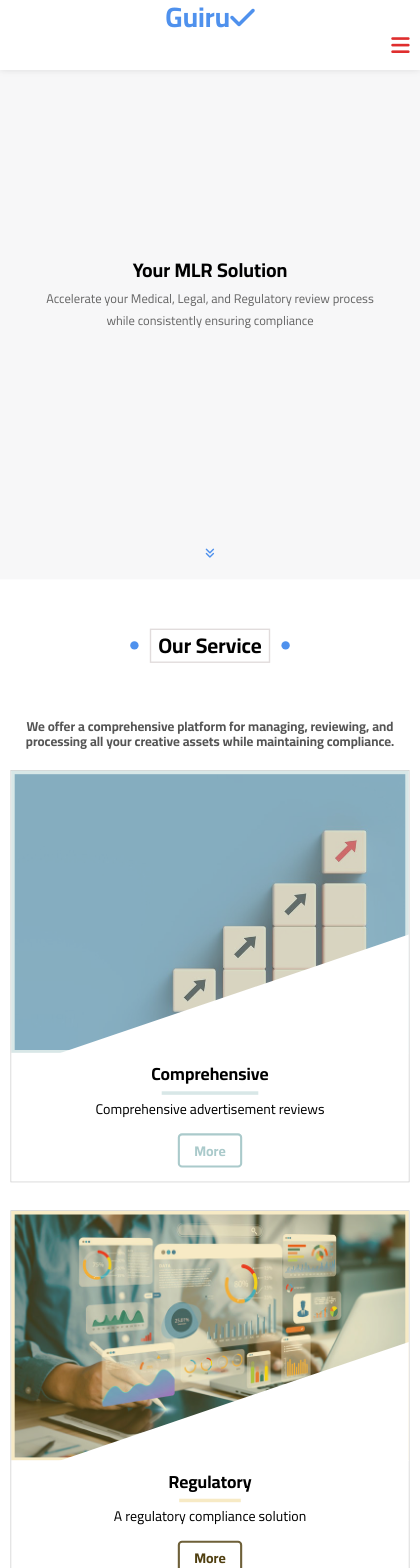
Repository: AsmaaAlothman/Templet-1-website
Page: home.html
An editor plug-in stored every save of this project. The page is shown before and after the next save, followed by the edit.
The browser window is 600 px wide. The pictures show the part of the page from y = 0 to 2240 px (the page is 5240 px tall), at 70% of full size.

Above is the page before, as saved 2024-08-31 13:47:07.

### home.html
<!DOCTYPE html>
<html lang="en">

<head>
    <meta charset="UTF-8" />
    <meta name="viewport" content="width=device-width, initial-scale=1.0" />
    <title>Guiru test</title>
    <!-- Render all elements normally-->
    <link rel="stylesheet" href="css/normalize.css" />
    <!-- Font Awesome library-->
    <link rel="stylesheet" href="css/all.min.css" />
    <link rel="preconnect" href="https://fonts.googleapis.com" />
    <!--Google Fonts Cairo-->
    <link href="https://fonts.googleapis.com/css2?family=Cairo:wght@200..1000&family=Work+Sans:ital,wght@0,100..900;1,100..900&display=swap" rel="stylesheet" />
    <!--Main template css file -->
    <link rel="stylesheet" href="css/home.css" />
</head>

<body>
    <!-- Start header -->
    <div class="header" id="header">
        <div class="container">

            <a href="#" class="logo"> Guiru <i class="fa-solid fa-check"></i></a>

            <ul class="main_nav">
                <li>
                    <a href="#partner_with_us" class="partner_with_us">partner with us</a>
                </li>
                <li><a href="#about-us">About Us</a></li>
                <li><a href="#contact-us">Contact Us</a></li>
                <li><a href="#login">Login</a></li>
                <li><a href="#home">Home</a></li>
            </ul>
            <label for="check" class="check-btn">
              <i class="fa-solid fa-bars"></i>
            </label>
        </div>
    </div>
    <!-- End header -->
    <!-- Start Landing -->
    <div class="landing">
        <div class="container">
            <div class="text">
                <h1>Your MLR Solution</h1>
                <p>
                    Accelerate your Medical, Legal, and Regulatory review process while consistently ensuring compliance
                </p>
            </div>
            <div class="image">
                <img src="images/landing_image2.jpg" alt="landing_image2" />
            </div>
        </div>
        <a href="#about-us" class="go_down">
            <i class="fa-solid fa-angles-down"></i>
        </a>
    </div>
    <!-- End Landing -->
    <!-- Start Service -->
    <div class="service" id="service">
        <h2 class="main-title">Our Service</h2>

        <h3>
            We offer a comprehensive platform for managing, reviewing, and processing all your creative assets while maintaining compliance.
        </h3>

        <div class="container">
            <div class="box comprehensive">
                <div class="img-holder">
                    <img src="images/service-image1.jpg" alt="" />
                </div>
                <h2>Comprehensive</h2>
                <p>Comprehensive advertisement reviews</p>
                <a href="#">More</a>
            </div>
            <div class="box regulatory">
                <div class="img-holder">
                    <img src="images/service-image2.jpg" alt="" />
                </div>
                <h2>Regulatory</h2>
                <p>A regulatory compliance solution</p>
                <a href="#">More</a>
            </div>
            <div class="box guidance">
                <div class="img-holder">
                    <img src="images/service-image3.jpg" alt="" />
                </div>
                <h2>Guidance</h2>
                <p>Guidance to improve advertisement effectiveness</p>
                <a href="#">More</a>
            </div>
        </div>
    </div>
    <!-- End service -->
    <!-- Start About US Section -->
    <div class="about-us" id="about-us">
        <div class="container">
            <h2 class="main-title">About Us</h2>
            <h3>
                At Guiru, we are dedicated to offering the best solutions for your MLR needs. Our team will ensure you campaigns meet all necessary regulations needs and achieve maximum impact.
            </h3>
            <div class="box">
                <div class="details">
                    <img src="images/about-us.png" alt="about-us" />
                </div>
            </div>
        </div>
    </div>
    <!-- End About US Section -->

    <!-- Start Our Value Section -->
    <div class="our-value" id="our-value">
        <h2 class="main-title">Our Value</h2>
        <div class="container">
            <img src="images/our-values.jpg" alt="" class="image" style="width: 600px; height: 400px" />
            <div class="info">
                <div class="box">
                    <img src="images/our-values2.png" alt="" />
                    <div class="text">
                        <h3>Integrity</h3>
                        <p>
                            We uphold the highest standards of integrity in all our actions.
                        </p>
                    </div>
                </div>
                <div class="box">
                    <img src="images/our-values3.png" alt="" />
                    <div class="text">
                        <h3>Excellence</h3>
                        <p>We strive for excellence in everything we do.</p>
                    </div>
                </div>
                <div class="box">
                    <img src="images/our-values4.png" alt="" />
                    <div class="text">
                        <h3>Innovation</h3>
                        <p>
                            We encourage innovation to meet challenges and improve our services.
                        </p>
                    </div>
                </div>
            </div>
        </div>
    </div>
    <!-- End Our value Section -->

    <!-- Start Footer -->
    <div class="footer" id="footer">
        <div class="container">
            <img src="images/logo-Guiru.png" alt="logo-footer" />
            <div class="footer-links">
                <a href="#about-us"><i class="fa-regular fa-address-card"> About Us </i></a
          >
          <a href="#contact-us"
            ><i class="fa-solid fa-headset"> Contact Us </i>
          </a>
                <a href="#privacy-policy"><i class="fa-solid fa-arrow-right-to-bracket"> Privacy Policy </i>
          </a>
            </div>
            <p class="copyright">
                &copy; 2024 <span>Guiru</span> All rights reserved.
            </p>
        </div>
    </div>
    <!-- End Footer -->
</body>

</html>

### css/home.css
/* Start global rules : */

* {
    -webkit-box-sizing: border-box;
    -moz-box-sizing: border-box;
    box-sizing: border-box;
    padding: 0px;
    margin: 0px;
}

html {
    scroll-behavior: smooth;
}

:root {
    --main-color: #4f91ed;
    --main-color-alt: #125bc2bd;
    --hover-main-color: #c5c9cf23;
    --icon-color-hover: #accef577;
    --main-transition: 0.3s;
    --main-padding-top: 70px;
    --main-padding-bottom: 70px;
    --second-section-background-color: #d2d7d831;
    --main-section-background-color: white;
    --footer-background-color: rgba(46, 69, 92, 0.486);
    --paragraph-text-color: #555;
    --main-box-shadow: 0 12px 20px 0 rgba(0, 0, 0, 0.048), 0 2px 4px 0 rgb(0 0 0/12%);
}

body {
    font-family: "Cairo", sans-serif;
    /* font-family: "Work Sans", sans-serif;*/
}

a {
    text-decoration: none;
}

ul {
    list-style: none;
}


/* End global rules  */

.parent {
    background-color: #eee;
}

.container {
    padding-left: 15px;
    padding-right: 15px;
    margin-left: auto;
    margin-right: auto;
    /* background-color: #ececec; */
}

img {
    /* padding-left: 15px;
    padding-right: 15px; */
    margin-left: auto;
    margin-right: auto;
    display: block;
    /* background-color: var(--main-color); */
}


/* Start media query  */

@media (min-width: 768px) {
    .container {
        width: 970px;
    }
}

@media (min-width: 992px) {
    .container {
        width: 970px;
    }
}

@media (min-width: 1200px) {
    .container {
        width: 1170px;
    }
}


/* End media query  */


/* Start Style Main title */

.main-title {
    margin: 0 auto 80px;
    border: 2px solid #e1dcdc;
    padding: 5px 10px;
    font-size: 30px;
    width: fit-content;
    position: relative;
    z-index: 1;
    transition: var(--main-transition);
}

.main-title::after,
.main-title::before {
    content: "";
    width: 12px;
    height: 12px;
    background-color: var(--main-color);
    position: absolute;
    border-radius: 50%;
    top: 50%;
    transform: translateY(-50%);
}

.main-title::after {
    right: -30px;
}

.main-title::before {
    left: -30px;
}

.main-title:hover::before {
    z-index: -1;
    animation: left-move 0.3s linear forwards;
}

.main-title:hover::after {
    z-index: -1;
    animation: right-move 0.3s linear forwards;
}

.main-title:hover {
    color: white;
    border: 2px solid white;
    transition-delay: 0.2s;
}


/* End Style Main title */


/* Start header */

.header {
    background-color: white;
    position: relative;
    -webkit-box-shadow: 0 0 10px#ddd;
    -moz-box-shadow: 0 0 10px#ddd;
    box-shadow: 0 0 10px#ddd;
}

.header .container {
    display: flex;
    background-color: white;
    justify-content: space-between;
    align-items: center;
    flex-wrap: wrap;
    position: relative;
}

.header .logo {
    color: var(--main-color);
    font-size: 40px;
    font-weight: bold;
    /*  height: 72px; للحفاظ على ارتفاع الهيدر حتى لو اختلف حجم المين  */
    height: 72px;
    display: flex;
    justify-content: center;
    align-items: center;
}


/* start responsive media for logo selector : */

@media (max-width: 767px) {
    .header .logo {
        width: 100%;
        height: 50px;
    }
}


/*end responsive media for logo selector : */

.header .main_nav {
    display: flex;
}


/* start responsive media for main_nav selector : */

.header .main_nav>li>a {
    height: 80px;
    letter-spacing: 2px;
    font-size: 20px;
    display: flex;
    justify-content: center;
    align-items: center;
    position: relative;
    color: black;
    padding: 0px 25px;
    transition: var(--main-transition);
    overflow: hidden;
}


/* start responsive media for li > a selector : */

@media (max-width: 767px) {
    .header .main_nav>li>a {
        padding: 10px;
        height: 40px;
        font-size: 14px;
    }
}

@media (max-width: 767px) {
    .header .main_nav {
        flex-direction: column;
        gap: 0;
        padding: 5px;
        margin: auto;
    }
}

.check-btn {
    font-size: 30px;
    color: rgb(223, 46, 46);
    cursor: pointer;
    display: none;
}

@media (max-width: 767px) {
    .check-btn {
        display: flex;
        margin-bottom: 20px;
    }
    .header .main_nav {
        display: none;
    }
    .header .container {
        justify-content: end;
    }
    .header .container .logo {
        display: flex;
    }
}


/* End header */


/* Start Landing */

.landing {
    position: relative;
    background-color: var(--second-section-background-color);
}

.landing .container {
    min-height: calc(100vh - 72px);
    display: flex;
    align-items: center;
    padding-bottom: 75px;
}

.landing .text {
    flex: 1;
}

@media (max-width: 991px) {
    .landing .text {
        text-align: center;
    }
}

.landing .text h1 {
    font-size: 37px;
    margin: 0;
    letter-spacing: 0px;
}


/*start response mobile screen size */

@media (max-width: 767px) {
    .landing .text h1 {
        font-size: 28px;
    }
}


/*end response mobile screen size */

.landing .text p {
    font-size: 22px;
    margin: 5px 0 0;
    line-height: 1.7;
    color: #666;
    max-width: 500px;
}

@media (max-width: 991px) {
    .landing .text p {
        margin: 10px auto;
    }
}


/*start response mobile screen size */

@media (max-width: 767px) {
    .landing .text p {
        font-size: 18px;
    }
}


/*end response mobile screen size */

.landing .image img {
    position: relative;
    width: 400px;
    /* وحطينا زمن 5 ثواني يروح ويرجع up-and-down الانيميشن هون سميتو ع كيفي  */
    /* الانيميشن بعتمد عالبوزشن لازم يكون ريليتف */
    /* بننزل بننشئ الانيميشن تحت بنفس هاد الاسم  */
    animation: up-and-down 5s linear infinite;
}

@media (max-width: 991px) {
    .landing .image {
        display: none;
    }
}

.landing .go_down {
    color: var(--main-color);
    position: absolute;
    bottom: 30px;
    left: 50%;
    transform: translateX(-50%);
    transition: var(--main-transition);
}

.landing .go_down:hover {
    color: var(--main-color-alt);
}

.landing .go_down i {
    animation: bouncing 1.5s infinite;
}


/* End landing */


/* Start service */

.service {
    padding-top: var(--main-padding-top);
    padding-bottom: var(--main-padding-bottom);
    position: relative;
    background-color: var(--main-section-background-color);
}

.service .container {
    display: grid;
    grid-template-columns: repeat(auto-fill, minmax(300px, 1fr));
    gap: 40px;
}

.service h3 {
    color: var(--paragraph-text-color);
    display: block;
    padding-bottom: 30px;
    max-width: 100%;
    text-align: center;
    margin: auto;
}

.service .box {
    text-align: center;
    border: 1px solid #ccc;
}

.service .container .img-holder {
    position: relative;
    overflow: hidden;
}

.service .container .img-holder::before {
    content: "";
    position: absolute;
    top: -1px;
    left: 0;
    height: 100%;
    width: 100%;
    /* background-color: #b657e257; */
}

.service .container .img-holder::after {
    content: "";
    position: absolute;
    bottom: 0;
    right: 0;
    border-style: solid;
    border-width: 0 0 170px 500px;
    border-color: transparent transparent white transparent;
    transition: var(--main-transition);
}

.service .container .img-holder img {
    max-width: 100%;
    padding: 5px;
}

.service .box:hover .img-holder::after {
    border-width: 0 465px 0 0;
}

.service .box h2 {
    position: relative;
    font-size: 25px;
    margin: 15px auto;
    width: fit-content;
}

.service .box h2::after {
    content: "";
    position: absolute;
    bottom: -15px;
    left: 15px;
    height: 5px;
    width: calc(100% - 30px);
    /* background-color: red; */
}

.service .box p {
    line-height: 2;
    font-size: 20px;
    color: var(--paragraph-color);
    margin: 15px 15px;
    padding: 0;
}

.service .box a {
    display: block;
    border: 3px solid transparent;
    width: fit-content;
    margin: 0 auto 20px;
    font-size: 20px;
    font-weight: bold;
    padding: 10px 20px;
    border-radius: 6px;
    transition: var(--main-transition);
}

.service .box:hover a {
    background-position: left bottom;
    color: rgb(39, 37, 37);
}


/*اللي فوق الصورة overlayهاد الجزء الخاص بال    */

.service .comprehensive .img-holder::before {
    background-color: #aacacb75;
}


/* comprehensive  /guidance /regulatory هاد لون الباك جراوند اللي تحت الهيدر تبع القسم يعني تحت كلمة  */

.service .comprehensive h2::after {
    background-color: #aacacb75;
}

.service .comprehensive a {
    color: #aacacb;
    border-color: #aacacb;
    background: linear-gradient(to right, #aacacb75 50%, white 50%);
    background-size: 200% 100%;
    background-position: right bottom;
}


/* ---------------------------------- */

.service .regulatory .img-holder::before {
    background-color: #e0ad1f41;
}

.service .regulatory h2::after {
    background-color: #e0ad1f41;
}

.service .regulatory a {
    color: #503f10;
    border-color: #6e6039;
    background: linear-gradient(to right, #e0ad1f41 50%, white 50%);
    background-size: 200% 100%;
    background-position: right bottom;
}


/* ---------------------------------- */

.service .guidance .img-holder::before {
    background-color: #b7cc8c71;
}

.service .guidance h2::after {
    background-color: #b7cc8c71;
}

.service .guidance a {
    color: #b7cc8c;
    border-color: #b7cc8c;
    background: linear-gradient(to right, #b7cc8c71 50%, white 50%);
    background-size: 200% 100%;
    background-position: right bottom;
}


/* End service */


/* Start About us Section */

.about-us {
    position: relative;
    padding-top: var(--main-padding-top);
    padding-bottom: var(--main-padding-bottom);
    background-color: var(--second-section-background-color);
}

.about-us .container {
    display: flex;
    align-items: center;
    flex-wrap: wrap;
    position: relative;
}

.about-us .container .box {
    display: grid;
    margin: auto;
    grid-template-columns: repeat(auto-fill, minmax(450px, 0fr));
    gap: 10px;
    padding: 5px;
    max-width: fit-content;
    background-color: transparent;
    border-radius: 6px;
    box-shadow: 0 12px 20px 0 rgb(0 0 0/13%), 0 2px 4px 0 rgb(0 0 0/12%);
}

.about-us .container .box img {
    max-width: 60%;
    transition: var(--main-transition);
    border-radius: 6px;
}

@media (max-width: 767px) {
    .about-us .container .box img {
        max-width: 60%;
        transition: var(--main-transition);
        border-radius: 6px;
        margin-left: 40px;
    }
}

.about-us .container .box img:hover {
    transform: rotate(2deg) scale(1);
    transition-duration: 1s;
}

.about-us .container h3 {
    color: var(--paragraph-text-color);
    display: block;
    padding-bottom: 30px;
    max-width: 100%;
    text-align: center;
    margin: auto;
}


/* End About us Section */


/* Start Our value Section */

.our-value {
    padding-top: var(--main-padding-top);
    padding-bottom: var(--main-padding-bottom);
    position: relative;
    background-color: var(--section-background-color);
}

.our-value .container {
    display: flex;
    align-items: center;
    justify-content: space-between;
}

@media (max-width: 991px) {
    .our-value .container {
        flex-direction: column;
    }
}

.our-value .container .image {
    max-width: 100%;
    margin-right: 70px;
}

@media (max-width: 991px) {
    .our-value .image {
        margin: 0 0 50px;
    }
}

@media (max-width: 767px) {
    .our-value .container .image {
        display: none;
    }
}

.our-value .info .box {
    background-color: #8d9cb138;
    padding: 20px 15px;
    margin-bottom: 20px;
    border-radius: 6px;
    display: flex;
    align-items: center;
    border: 3px solid white;
    position: relative;
    z-index: 1;
}

@media (max-width: 991px) {
    .our-value .info .box {
        flex-direction: column;
        text-align: center;
    }
}

.our-value .info .box::before {
    content: "";
    position: absolute;
    background-color: rgba(131, 181, 209, 0.26);
    left: 50%;
    top: 50%;
    height: 0;
    width: 0;
    transform: translate(-50%, -50%);
    z-index: -1;
    transition: var(--main-transition);
}

.our-value .info .box:hover:before {
    height: 100%;
    width: 100%;
}

.our-value .info .box img {
    width: 120px;
    margin-left: 0;
    padding: 5px;
    border-radius: 15px;
}

@media (max-width: 991px) {
    .our-value .info .box img {
        margin: 0 0 30px;
    }
}

.our-value .container .info .box .text {
    padding: 0px 5px 0px 15px;
}

.our-value .container .info .box h3 {
    font-size: 20px;
    padding-bottom: 5px;
    margin: 0;
}

.our-value .container .info .box p {
    line-height: 1.7;
    color: var(--paragraph-color);
    margin: 10px 0 0;
    font-size: 18px;
}


/* End Our value Section */


/* Start Footer  */

.footer {
    padding-top: 50px;
    padding-bottom: 50px;
    background-color: var(--footer-background-color);
    position: relative;
    color: white;
    text-align: center;
}

.footer .container img {
    width: 200px;
}

.footer .footer-links {
    max-width: 100%;
    padding-top: 15px;
    display: flex;
    margin: 40px 0 20px;
    gap: 25px;
    justify-content: center;
    align-items: center;
    position: relative;
}

@media (max-width: 767px) {
    .footer .footer-links {
        padding-top: 10px;
        display: grid;
        margin: 30px 0 20px;
        gap: 30px;
        justify-content: center;
        align-items: center;
    }
}

.footer .footer-links a {
    display: block;
    font-size: 13px;
    letter-spacing: 4px;
    color: #0c4597c2;
    text-shadow: 0px 1px 7px white;
    border-bottom: 3px solid rgba(58, 79, 148, 0.918);
    border-radius: 6px;
    padding: 10px;
}

.footer .footer-links a:hover {
    font-weight: bolder;
    color: white;
    border: none;
    background-color: rgba(78, 107, 134, 0.37);
    box-shadow: var(--main-box-shadow);
    transition: var(--main-transition);
}

.footer .container {
    position: relative;
    max-width: 100%;
    max-height: 100%;
}

.footer .copyright {
    margin-top: 60px;
    padding: 20px;
}

.footer .copyright span {
    font-weight: bold;
    font-size: 20px;
    color: var(--main-color-alt);
}


/* End Footer  */


/* Start Create Animation  */

@keyframes up-and-down {
    0%,
    100% {
        top: 0;
    }
    50% {
        top: -50px;
    }
}

@keyframes left-move {
    50% {
        left: 0;
        width: 12px;
        height: 12px;
    }
    100% {
        left: 0;
        border-radius: 0;
        width: 100%;
        height: 100%;
    }
}

@keyframes right-move {
    50% {
        right: 0;
        width: 12px;
        height: 12px;
    }
    100% {
        right: 0;
        border-radius: 0;
        width: 100%;
        height: 100%;
    }
}


/* Start Create Animation  */

@keyframes up-and-down {
    0%,
    100% {
        top: 0;
    }
    50% {
        top: -50px;
    }
}

@keyframes left-move {
    50% {
        left: 0;
        width: 12px;
        height: 12px;
    }
    100% {
        left: 0;
        border-radius: 0;
        width: 100%;
        height: 100%;
    }
}

@keyframes right-move {
    50% {
        right: 0;
        width: 12px;
        height: 12px;
    }
    100% {
        right: 0;
        border-radius: 0;
        width: 100%;
        height: 100%;
    }
}


/* End Create Animation */

Loaded but not shown: css/normalize.css (library); css/all.min.css (library)

After the next save:
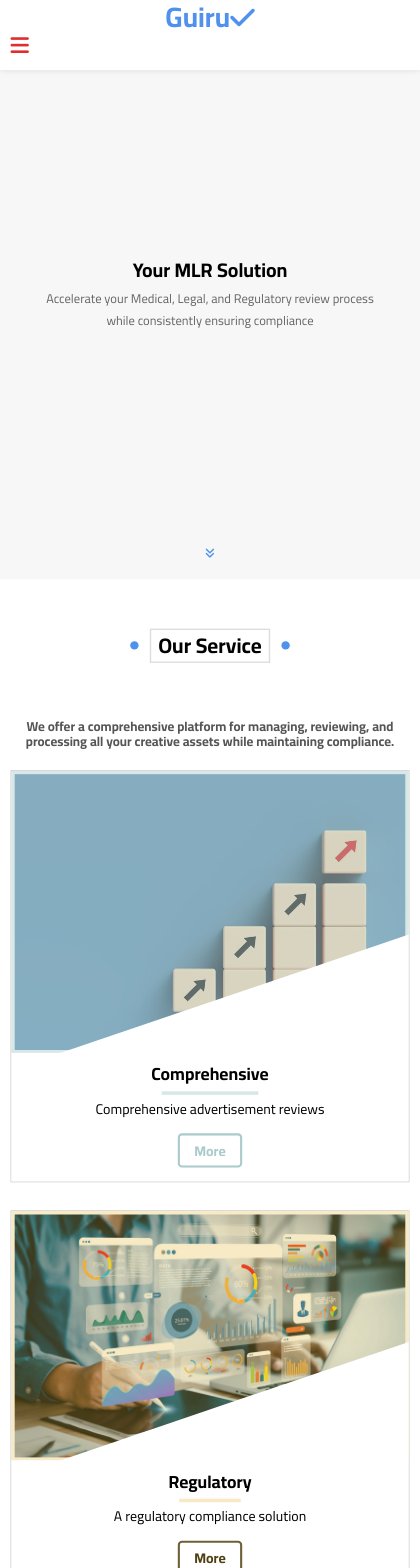
Saved 15 s later.
--- a/css/home.css
+++ b/css/home.css
@@ -241,9 +241,7 @@ img {
     .header .main_nav {
         display: none;
     }
-    .header .container {
-        justify-content: end;
-    }
+    .header .container {}
     .header .container .logo {
         display: flex;
     }
